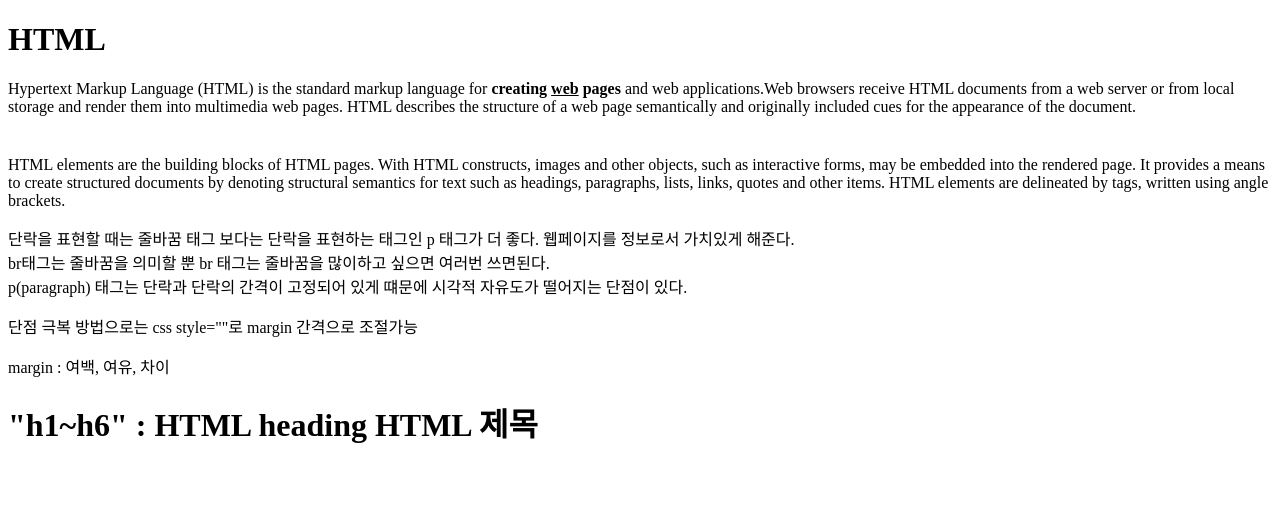
Repository: winterer4/Web-1
Page: HTML5/1.html
These files come from the project's save history. The page is drawn as it stood at one moment and after the next save; the edit follows.
The browser window is 1280 px wide. The pictures show the whole page.

Above is the page before, as saved 2018-10-25 07:29:34.

After the next save:
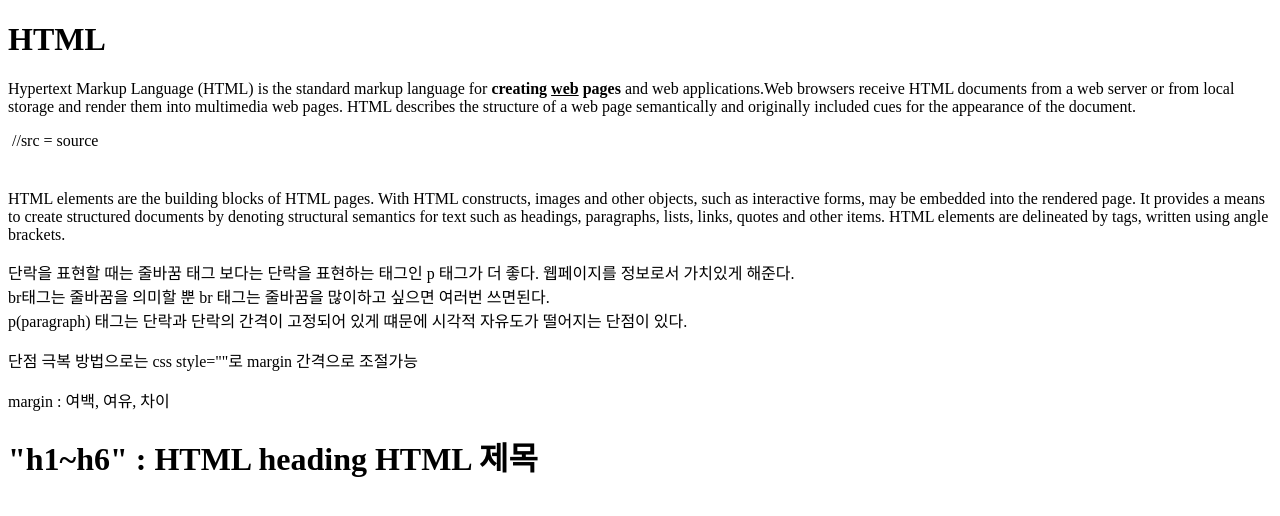
Saved 19 min 15 s later.
--- a/HTML5/1.html
+++ b/HTML5/1.html
@@ -14,6 +14,8 @@
 		pages. HTML describes the structure of a web page semantically and
 		originally included cues for the appearance of the document.
 	</p>
+	<img src = "">
+	//src = source
 	<p style="margin-top: 40px;">HTML elements are the building blocks
 		of HTML pages. With HTML constructs, images and other objects, such as
 		interactive forms, may be embedded into the rendered page. It provides
